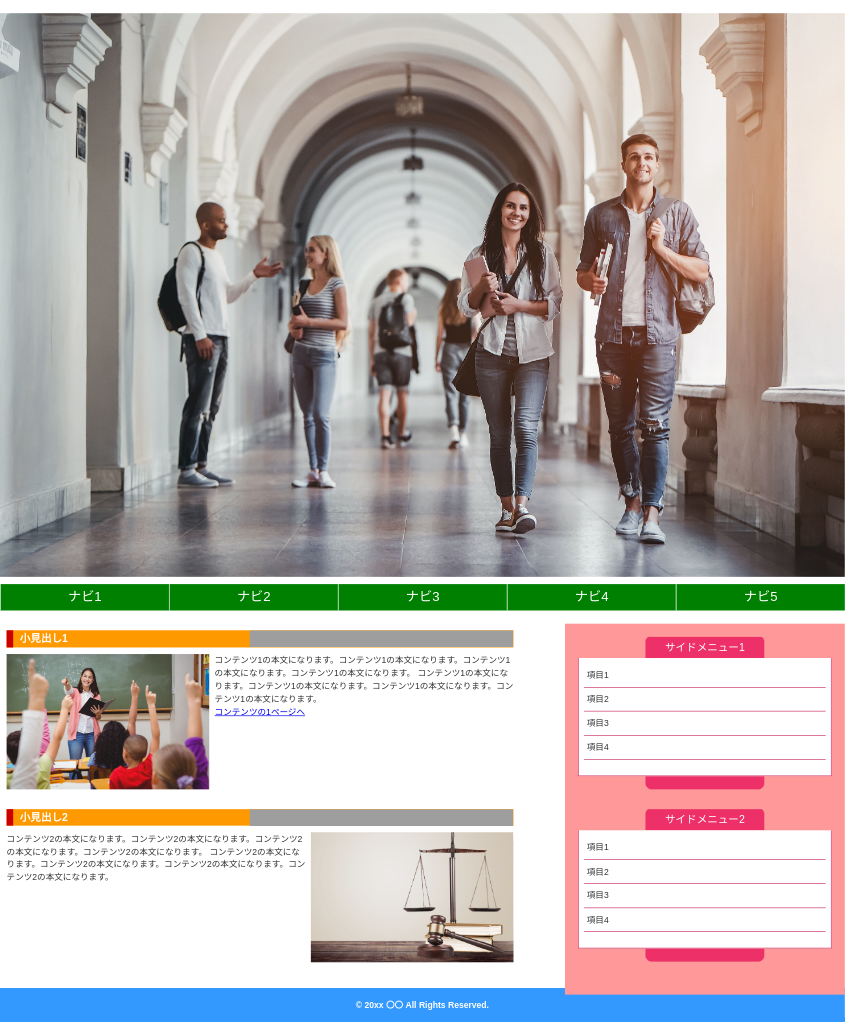
Repository: revolver67/samurai_HTML-CSS
Page: home.html
The author's editor kept a record of every edit. The page is drawn from the files as they stood at one moment, then again after the next edit.
The browser window is 1280 px wide. The pictures show the whole page, at 66% of full size.
Pictures or frames that could not be fetched are drawn as grey boxes.

Above is the page before.

After the next edit:
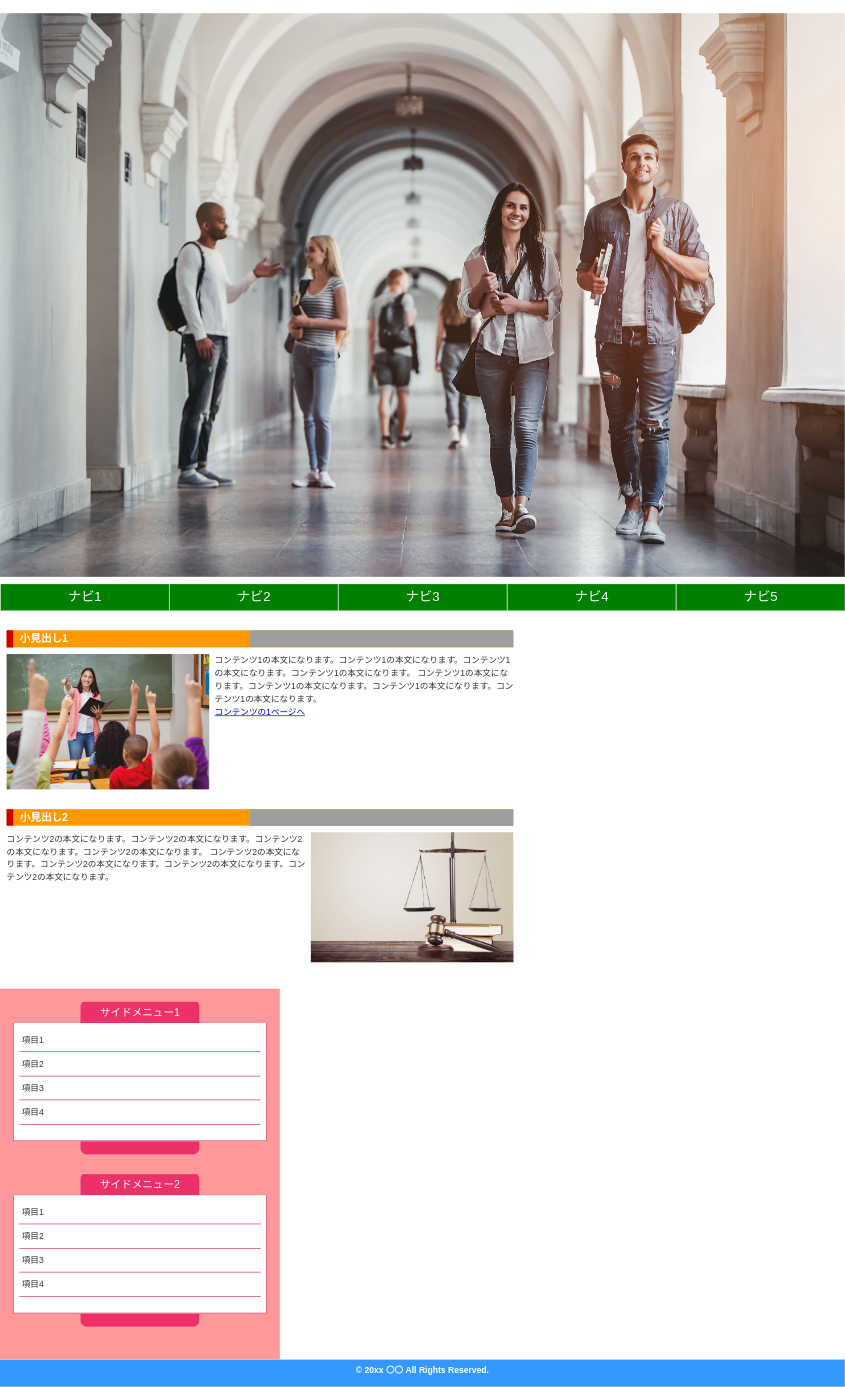
The edit:
--- a/stylesheet.css
+++ b/stylesheet.css
@@ -82,6 +82,8 @@
     padding: auto;
     padding-top: 20px;
     clear: both;
+    display: grid;
+    grid-template-
 }
 /*-------------------- main -------------------------*/
 #main {
